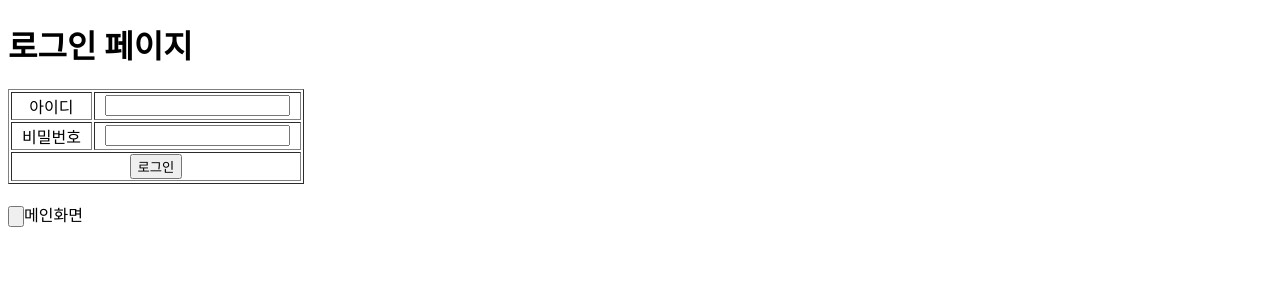
Repository: jjuhye/JSPWorkspace
Page: http://localhost/basic/05_memberLogin/03_21_loginForm.jsp
These files come from the project's save history. The page is drawn as it stood at one moment and after the next save; the edit follows.
The browser window is 1280 px wide. The pictures show the whole page.
The page is served by Tomcat 9.

Above is the page before, as saved 2023-02-22 02:33:16.

After the next save:
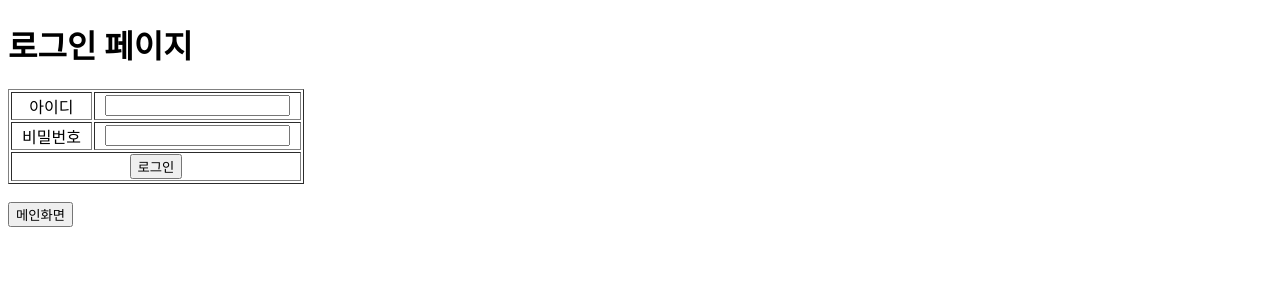
Saved 33 s later.
--- a/basic/src/main/webapp/05_memberLogin/03_21_loginForm.jsp
+++ b/basic/src/main/webapp/05_memberLogin/03_21_loginForm.jsp
@@ -30,6 +30,6 @@
     </tr>
 </table>
 <br>
-<input type="submit" value/>메인화면
+<input type="submit" value="메인화면"/>
 </body>
 </html>
